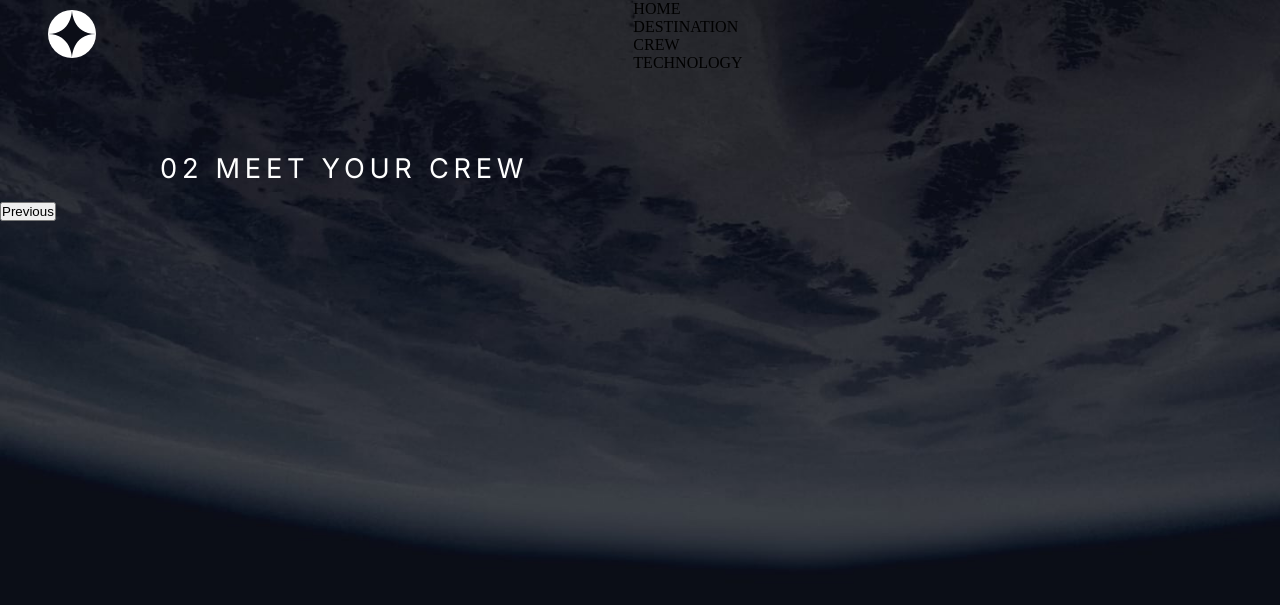
Repository: nilesjamex/space
Page: /Crew
The author's editor kept a copy of each file at every save. The page is drawn from the files as they stood at one save, then again after the next save.
The browser window is 1280 px wide. The pictures show the whole page.
Some web fonts or font styles are not loaded; a fallback is used. The project was rebuilt for these pictures with package versions that can differ from the ones it lists, and the page was loaded fresh each time. The framework's server and built-in components were replaced by stand-ins that run in the browser. Also part of the build but not shown: next.config.js.

Above is the page before, as saved 2022-01-08 05:09:36.

### pages/_document.js
import Document, { Html, Head, Main, NextScript } from 'next/document'

class MyDocument extends Document {
  render() {
    return (
      <Html>
        <Head>
          <link rel="preconnect" href="https://fonts.googleapis.com" />
<link rel="preconnect" href="https://fonts.gstatic.com" crossOrigin />
<link href="https://fonts.googleapis.com/css2?family=Bellefair&display=swap" rel="stylesheet" />
        <link rel="preconnect" href="https://fonts.googleapis.com" />
<link rel="preconnect" href="https://fonts.gstatic.com" crossOrigin />
<link href="https://fonts.googleapis.com/css2?family=Barlow+Condensed:ital,wght@0,100;0,300;0,400;1,100&family=Inter&display=swap" rel="stylesheet" />
        </Head>
        <body>
          <Main />
          <NextScript />
        </body>
      </Html>
    )
  }
}

export default MyDocument

### pages/Crew.js
import React from 'react'
import Creww from '../Components/Crew/Crew';

const Crew = () => {
    return (
        <div>
           <Creww />
        </div>
    )
}

export default Crew

### styles/globals.css
a {
  color: inherit;
  text-decoration: none;
}

*{
  margin: 0;
  padding: 0;
  box-sizing: border-box;
  max-width: 100%;
  max-height: 100vh;
  overflow-y: hidden;
}

li {
  list-style: none;
  cursor: pointer;
}

### Components/Crew/Crew.js
import React from 'react';
import styles from './crew.module.css'
import Nav from '../../Layout/Nav';
import Image from 'next/image';
import Members from './Members/Members';

const Crew = () => {

  return (
    <div className={styles.home}>
     <div>
         <Nav/>
        </div>
        <div>
        <div>
           <h3 className={styles.hometext}> 02 Meet your crew</h3>
        </div>
        </div>
        <div>

        <Members />
        </div>
    </div>
  )
}

export default Crew

### Components/Crew/crew.module.css
.home {
    background: url(../../public/assets/crew/background-crew-desktop.jpg);
    background-size: cover;
    height: 100vh;
}
.hometext {
    font-family: 'Barlow Condensed', sans-serif;
    font-family: 'Inter', sans-serif;
    font-style: normal;
    font-weight: normal;
    font-size: 1.7rem;
    line-height: 34px;letter-spacing: 4.725px;
    text-transform: uppercase;
    color: #FFFFFF;
    margin: 5rem 0 1rem 10rem;
}

### Layout/Nav.js
import React, {useState} from 'react';
import styles from './nav.module.css';
import Link from 'next/link';

const Nav = ({children}) => {
  const [active, setActive] = useState(false);

  const onClick = (e) => {
    setActive(!active);
  };
    return (
       <div className={styles.navBody}>
        <nav className={styles.nav}>
         <div>
            <svg width="48" height="48" viewBox="0 0 48 48" fill="none" xmlns="http://www.w3.org/2000/svg">
<circle cx="24" cy="24" r="24" fill="white"/>
<path fillRule="evenodd" clipRule="evenodd" d="M24 0C24 0 24 24 0 24C23.5776 24.1714 24 48 24 48C24 48 24 24 48 24C24 24 24 0 24 0Z" fill="#0B0D17" />
</svg>
  </div>

<ul className={`${active ? "activenav" : "ul"}` } >
<li><Link href="/"> HOME </Link></li>
<li><Link href="/Destinations">DESTINATION </Link></li>
<li><Link href="/Crew">CREW</Link></li>
<li><Link href="/Technology">TECHNOLOGY</Link></li>
</ul>
<div
          className={`toggle ${active ? `toggleanime` : ""}`}
          onClick={onClick}
        >
          <div className="toggle-line line1"></div>
          <div className="toggle-line line2"></div>
          <div className="toggle-line line3"></div>
        </div>
        </nav>
      <div className={styles.mainBody}> {children} </div>
</div>
    )
}

export default Nav

### Components/Crew/Members/Members.js
import React, {Component} from 'react';
import Slider from "react-slick";
import Image from 'next/image';
import styles from './Members.module.css'
import Doug from '../../../public/assets/crew/image-douglas-hurley.png'
export default class Members extends Component {
  render() {
    const settings = {
      dots: true,
      infinite: true,
      speed: 500,
      slidesToShow: 1,
      slidesToScroll: 1
    };

    return (
        <div>
          <Slider {...settings}>
          <div className={styles.crewSplit}>
        <div className={styles.crewText}>
        <p className={styles.crewtexthead}>Commander</p>
        <h2 className={styles.crewtextsub}>Douglas Hurley</h2>
        <p className={styles.crewtextbody}> Douglas Gerald Hurley is an American engineer, former Marine Corps pilot
  and former NASA astronaut. He launched into space for the third time as
  commander of Crew Dragon Demo-2.</p>

        </div>
        <div className={styles.crewImage}>
        <Image className={styles.crewImages} src={Doug} alt="crew" height="590px" width="568px" />
        </div>
        </div>

        <div className={styles.crewSplit}>
        <div className={styles.crewText}>
        <p className={styles.crewtexthead}>Commander</p>
        <h2 className={styles.crewtextsub}>Douglas James</h2>
        <p className={styles.crewtextbody}> Douglas Gerald Hurley is an American engineer, former Marine Corps pilot
  and former NASA astronaut. He launched into space for the third time as
  commander of Crew Dragon Demo-2.</p>

        </div>
        <div className={styles.crewImage}>
        <Image className={styles.crewImages} src={Doug} alt="crew" height="590px" width="568px" />
        </div>
        </div>

        <div className={styles.crewSplit}>
        <div className={styles.crewText}>
        <p className={styles.crewtexthead}>Commander</p>
        <h2 className={styles.crewtextsub}>Douglas Hurley</h2>
        <p className={styles.crewtextbody}> Douglas Gerald Hurley is an American engineer, former Marine Corps pilot
  and former NASA astronaut. He launched into space for the third time as
  commander of Crew Dragon Demo-2.</p>

        </div>
        <div className={styles.crewImage}>
        <Image className={styles.crewImages} src={Doug} alt="crew" height="590px" width="568px" />
        </div>
        </div>

        <div className={styles.crewSplit}>
        <div className={styles.crewText}>
        <p className={styles.crewtexthead}>Commander</p>
        <h2 className={styles.crewtextsub}>Douglas Hurley</h2>
        <p className={styles.crewtextbody}> Douglas Gerald Hurley is an American engineer, former Marine Corps pilot
  and former NASA astronaut. He launched into space for the third time as
  commander of Crew Dragon Demo-2.</p>

        </div>
        <div className={styles.crewImage}>
        <Image className={styles.crewImages} src={Doug} alt="crew" height="590px" width="568px" />
        </div>
        </div>
        </Slider>
        </div>
    )
}
}

### Layout/nav.module.css
.nav {
    display: flex;
    justify-content: space-between;
    align-items: center;
    padding-left: 3rem;
    width: 100%;
    height: 10vh;
    }

.ul {
    display: flex;
    width: 50%;
    justify-content: space-between;
    align-items: center;
    color: #fff;
    background-color: rgba(24, 36, 59, 0.5);
    height: 60px;
    padding: 0 2rem;

}

.navBody {
    height: 100%;
}
.toggle {
    display: none;
  }

  @media screen and (max-width: 768px) {
    .toggle {
        display: block;
        cursor: pointer;
        order: 2;
        z-index: 10;
        margin-right: 1rem;
      }
      .toggle-line {
        width: 30px;
        height: 3px;
        background-color: #fff;
        margin: 5px;
      }
      ul {
        order: 3;
        width: 100%;
        display: inline-block;
        position: fixed;
        z-index: 4;
        right: 0;
        left: 0;
        bottom: 0;
        top: 0;
        display: flex;
        justify-content: center;
        align-items: center;
        flex-direction: column;
        overflow-x: hidden;
        background: rgba(242, 245, 250);
        transform: translateY(100vh);
        transition: all ease-out 0.2s;
      }
      li {
        margin: 0 0 2rem;
        opacity: 0;
        transform: translateY(10vh);
      }
      .activenav {
        transform: translateX(0);
      }
      li {
        margin: 0 0 2rem;
        opacity: 1;
        transform: translateX(0);
        transition: all ease-out 0.8s;
      }
      .toggleanime .line1 {
        transform: rotate(-45deg) translate(-5px, 6px);
      }

      .toggleanime .line2 {
        opacity: 0;
      }

      .toggleanime .line3 {
        transform: rotate(45deg) translate(-5px, -6px);
      }

      ul.activenav {
        transform: translateX(0);
      }
      li {
        margin: 0 0 2rem;
        opacity: 1;
        transform: translateX(0);
        transition: all ease-out 0.8s;
      }
  }

### Components/Crew/Members/Members.module.css
.crewSplit {
    display: flex;
    justify-content: space-around;
    margin: 2rem 2rem 0 4rem;
}
.crewText {
    width: 50%;
    align-self: center;
}
.crewtexthead {
    font-family: Bellefair;
    font-style: normal;
    font-weight: normal;
    font-size: 32px;
    line-height: 37px;
    /* identical to box height */
    text-transform: uppercase;
    color: #FFFFFF;
    mix-blend-mode: normal;
    opacity: 0.5;
}
.crewtextsub {
    font-family: Bellefair;
    font-style: normal;
    font-weight: normal;
    font-size: 56px;
    line-height: 64px;
    text-transform: uppercase;
    color: #FFFFFF;
}
.crewtextbody {
    font-family: Barlow;
    font-style: normal;
    font-weight: normal;
    font-size: 18px;
    line-height: 32px;
    /* or 178% */
    color: #D0D6F9;

}
.crewImages {
    z-index: 4;
    padding-bottom: 0rem;
}

Loaded but not shown: pages/_app.js (common file)

After the next save:
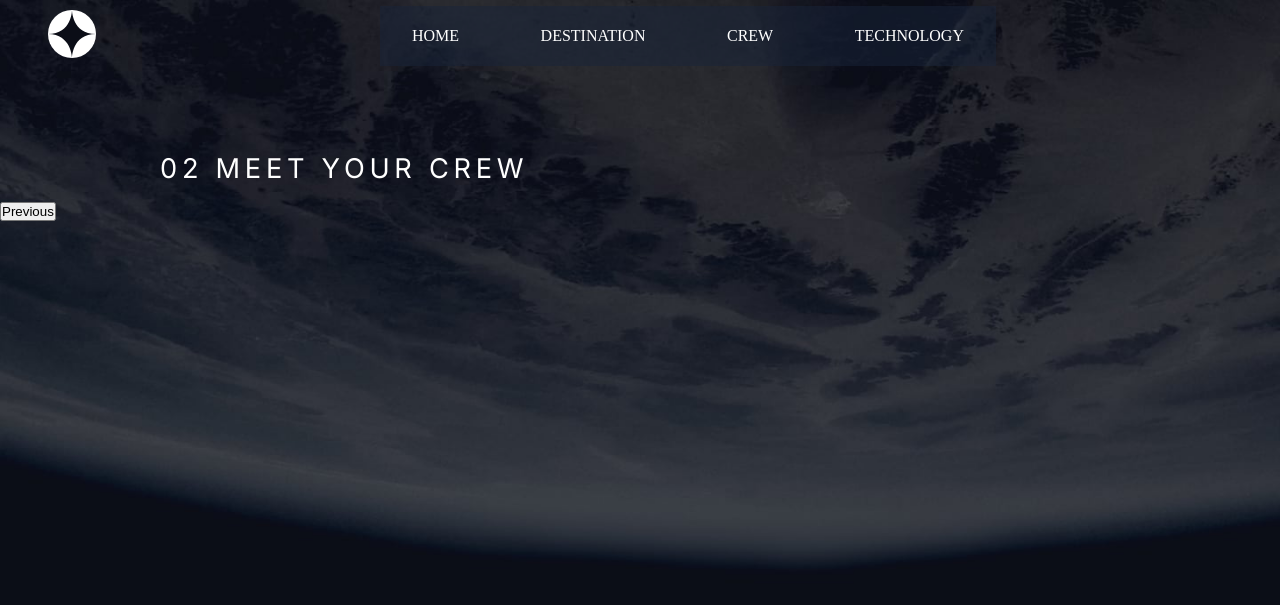
Saved 116 s later.
--- a/Layout/Nav.js
+++ b/Layout/Nav.js
@@ -18,7 +18,7 @@ const Nav = ({children}) => {
 </svg>
   </div>
 
-<ul className={`${active ? "activenav" : "ul"}` } >
+<ul className={`${styles.ul} ${active ? "activenav" : "ul"}` } >
 <li><Link href="/"> HOME </Link></li>
 <li><Link href="/Destinations">DESTINATION </Link></li>
 <li><Link href="/Crew">CREW</Link></li>
